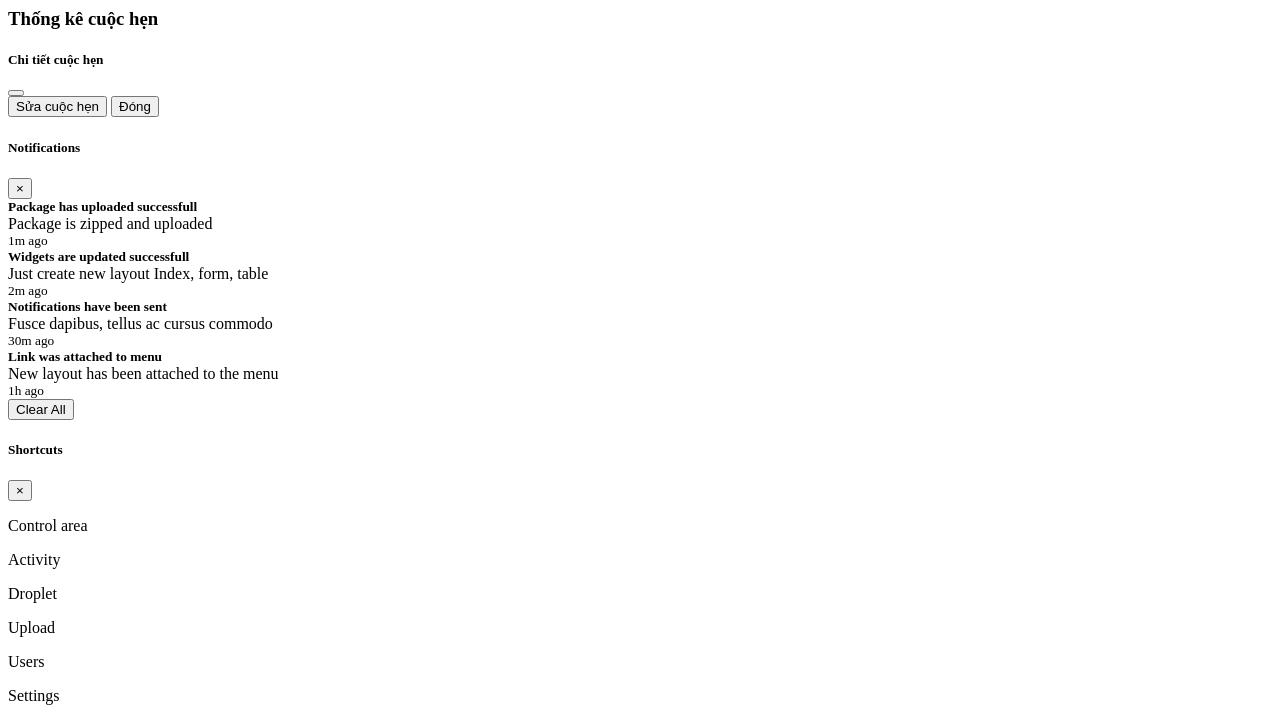
Repository: TrungAug/dentist-fe
Page: src/templates/admin-calendar.html
An editor plug-in stored every save of this project. The page is shown before and after the next save, followed by the edit.
The browser window is 1280 px wide. The pictures show the whole page.

Above is the page before, as saved 2024-07-08 10:31:05.

After the next save:
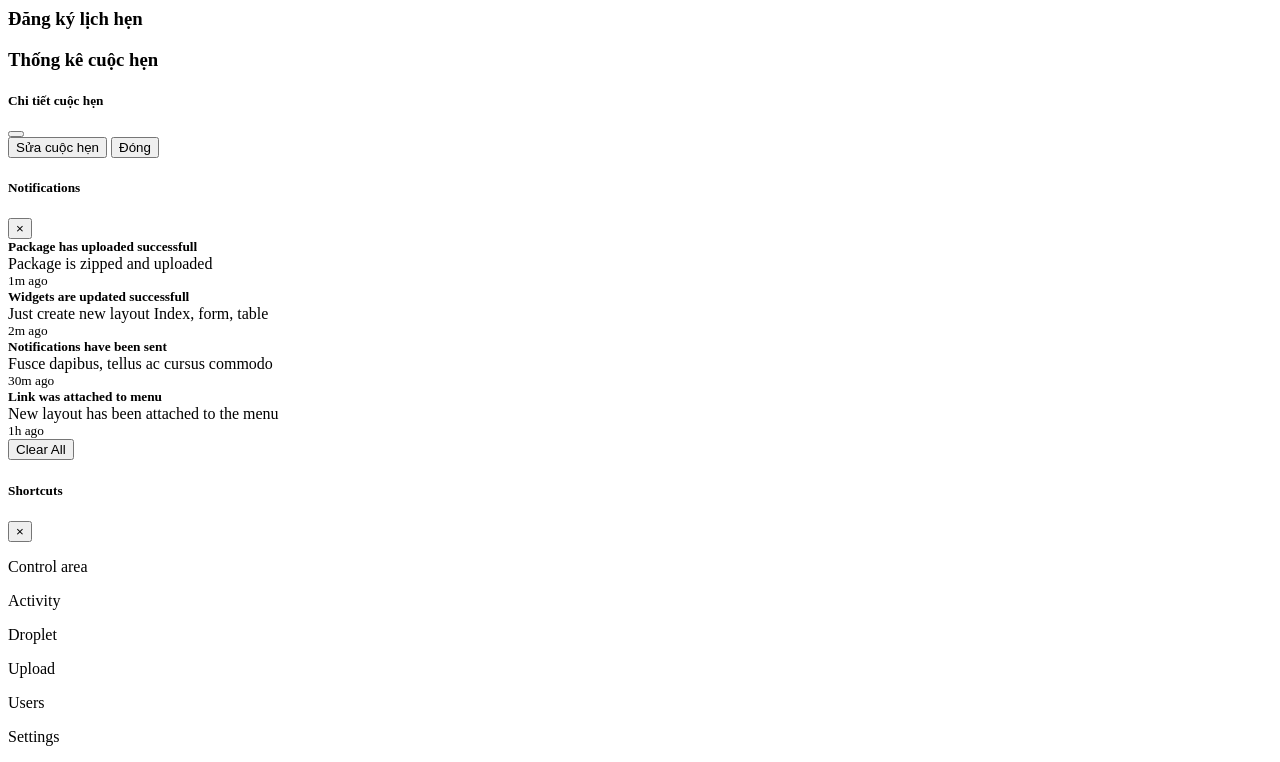
Saved 35 s later.
--- a/src/templates/admin-calendar.html
+++ b/src/templates/admin-calendar.html
@@ -6,13 +6,16 @@
       data-simplebar>
     </aside>
     <main role="main" class="main-content" ng-controller="AdminCalendar">
-      <div class="row justify-content-center">
-
-      </div>
-      <div class="row justify-content-center">
+      <div class="row justify-content-center mb-3">
+        <div class="d-flex flex-items-center flex-justify-between">
+          <h3 class="text-muted" id="history-pagehead">Đăng ký lịch hẹn</h3>
+        </div>
+        <div class="custom-hr"></div>
+      </div>
+      <div class="row justify-content-center mb-3">
         <div id='calendar-book-appointment' class="custom-calendar-book-appointment"></div>
       </div>
-      <div class="row justify-content-center">
+      <div class="row justify-content-center mb-3">
         <div class="d-flex flex-items-center flex-justify-between">
           <h3 class="text-muted" id="history-pagehead">Thống kê cuộc hẹn</h3>
         </div>
